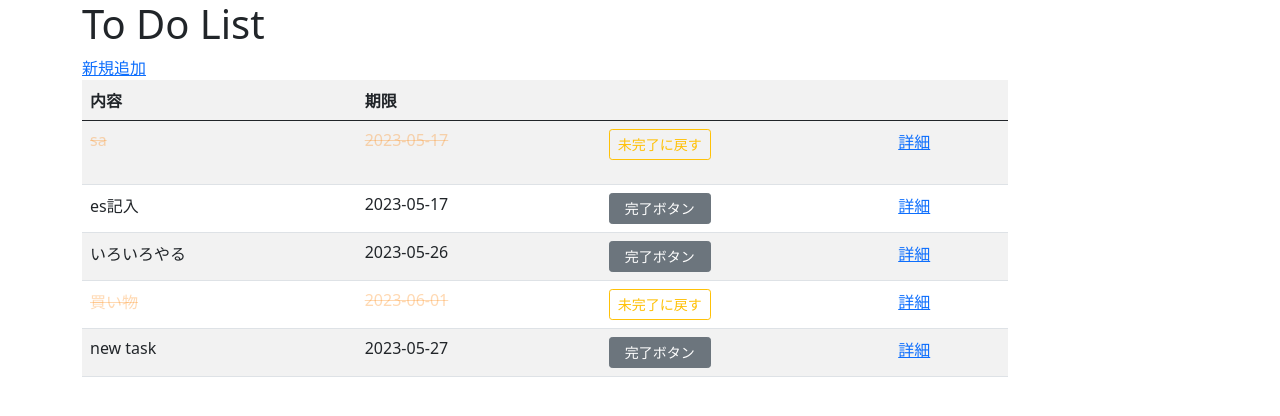
Repository: sgmtg/ToDoList
Page: http://localhost/
The author's editor kept a record of every edit. The page is drawn from the files as they stood at one moment, then again after the next edit.
The browser window is 1280 px wide. The pictures show the whole page.
The page is served by the project's application, run on Flask 3 (app.py). The page reads the database file committed with the project.

Above is the page before.

### templates/index.html
{% extends 'base.html' %}

{% block body %}
<div class="container">
  <div class="row">
    <div class="col-md-10 col-md-offset-2">
        <h1>To Do List</h1>
        <a href="/create">新規追加</a>
        <table class="table table-striped">
            </th><th>内容</th><th>期限</th><th></th><th></th></tr>
        <tbody>
        {% for post in posts %}
            <tr>
                <span>
                <td  {% if post.done %} class="done" {% endif %}>{{ post.title }}</td>
                <td  {% if post.done %} class="done" {% endif %}>{{ post.due.date() }}</td>
                </span>
                <td><form action="/change_status/{{ post.id }}">

                    {% if post.done %}<button type="submit" class="btn btn-outline-warning btn-sm">未完了に戻す</button>
                    {% else %}<button type="submit" class="btn btn-secondary btn-sm">完了ボタン　</button>
                    {% endif %}

                    </from></td>
                <td><a href="/detail/{{ post.id }}">詳細</a></td>

            </tr>
        {% endfor %}
        </tbody>
        </table>
    </div>
  </div>
</div>
{% endblock %}

### templates/base.html
<html lang="ja">
    <head>
        <title>My To Do List</title>
        <meta charset="UTF-8">
        <meta name="viewport" content="width=device-width, initial-scale=1.0">
        <link rel="stylesheet" href="/static/css/style.css">
        <link href="https://cdn.jsdelivr.net/npm/bootstrap@5.0.2/dist/css/bootstrap.min.css" rel="stylesheet" integrity="sha384-EVSTQN3/azprG1Anm3QDgpJLIm9Nao0Yz1ztcQTwFspd3yD65VohhpuuCOmLASjC" crossorigin="anonymous">
        {% block head %}{% endblock %}
    </head>
    <body>
       {% block body %}{% endblock %}
    </body>
</html>

### app.py
from flask import Flask, request, render_template, redirect, url_for
from flask_sqlalchemy import SQLAlchemy
from datetime import datetime

app = Flask(__name__)
app.config['SQLALCHEMY_DATABASE_URI'] = 'sqlite:///todo.db'  # todo.dbという名前のdbを設定
db = SQLAlchemy(app)  # dbを生成



class Post(db.Model):
    id = db.Column(db.Integer, primary_key=True)  # 主キー
    title = db.Column(db.String(30), nullable=False)
    detail = db.Column(db.String(100))  # 空でもok
    due = db.Column(db.DateTime, nullable=False)  # 日付型を指定
    done = db.Column(db.Boolean, default=False)  # 完了かどうか



@app.route('/', methods=['GET', 'POST'])
def index():
    if request.method == 'GET':
        posts = Post.query.all()
        return render_template('index.html', posts=posts)

    else:
        title = request.form.get('title')
        detail = request.form.get('detail')
        due = request.form.get('due')

        due = datetime.strptime(due, '%Y-%m-%d')  # フォームから文字列を受け取るため日付型に変換
        new_post = Post(title=title, detail=detail, due=due)

        db.session.add(new_post)
        db.session.commit()
        return redirect('/')

@app.route('/create')
def create():
    return render_template('create.html')


@app.route('/detail/<int:id>')
def detail(id):
    post = Post.query.get(id)  # 該当するidの投稿内容を取得
    return render_template('detail.html', post=post)

@app.route('/change_status/<int:id>')
def change_status(id):
    app.logger.info(id)

    post = Post.query.get(id)
    app.logger.info(post)

    post.done = not post.done
    db.session.commit()
    return redirect('/')


# アプリケーションコンテキスト内でデータベース操作を行うための関数を作成
def create_tables():
    db.create_all()


if __name__ == "__main__":
    app.run(port=3000, debug=True)  # 8080
    create_tables()

### static/css/style.css

.done {
  text-decoration: line-through;
  color: hsla(30, 100%, 50%, .3);
}

### instance/todo.db (the tables this page reads, as SQL)
CREATE TABLE post (
	id INTEGER NOT NULL, 
	title VARCHAR(30) NOT NULL, 
	detail VARCHAR(100), 
	due DATETIME NOT NULL, 
	done BOOLEAN, 
	PRIMARY KEY (id)
);
INSERT INTO "post" VALUES
(1, 'sa', '上記の修正では、app.app_context()のコンテキストマネージャを使用してアプリケーションコンテキストを作成し、その中でdb.create_all()を実行しています。これにより、アプリケーションコンテキスト内でデータベース操作が行われます。', '2023-05-17 00:00:00.000000', 1),
(2, 'es記入', 'さまざまな Forms (フォーム) を作成するための control styles (フォームコントロールスタイル)、layout options (レイアウトオプション)、custom components (カスタムコンポ', '2023-05-17 00:00:00.000000', 0),
(3, 'いろいろやる', '', '2023-05-26 00:00:00.000000', 0),
(4, '買い物', 'ここに詳細を記入', '2023-06-01 00:00:00.000000', 1),
(5, 'new task', 'hogehoge', '2023-05-27 00:00:00.000000', 0);

After the next edit:
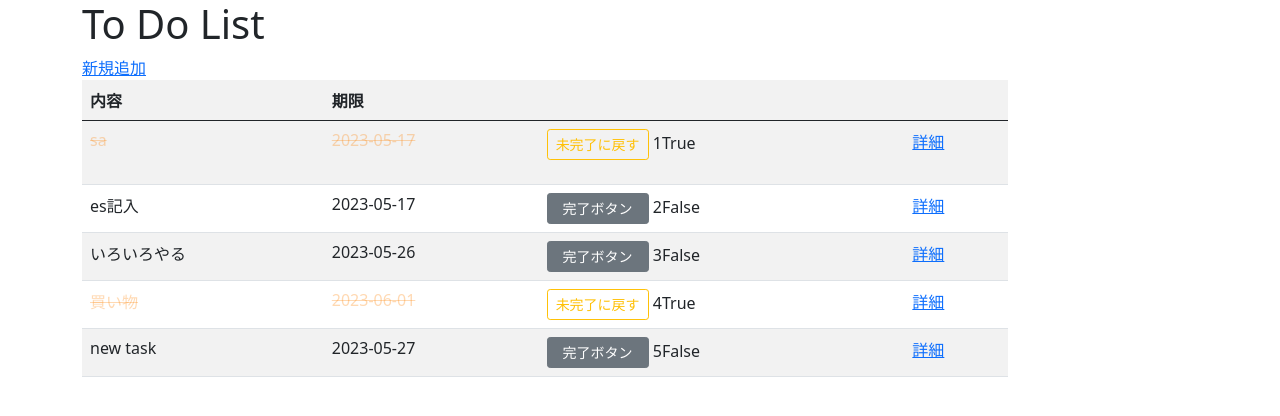
The edit:
--- a/templates/index.html
+++ b/templates/index.html
@@ -21,6 +21,7 @@
                     {% else %}<button type="submit" class="btn btn-secondary btn-sm">完了ボタン　</button>
                     {% endif %}
 
+                    {{post.id}}{{post.done}}
                     </from></td>
                 <td><a href="/detail/{{ post.id }}">詳細</a></td>
 
